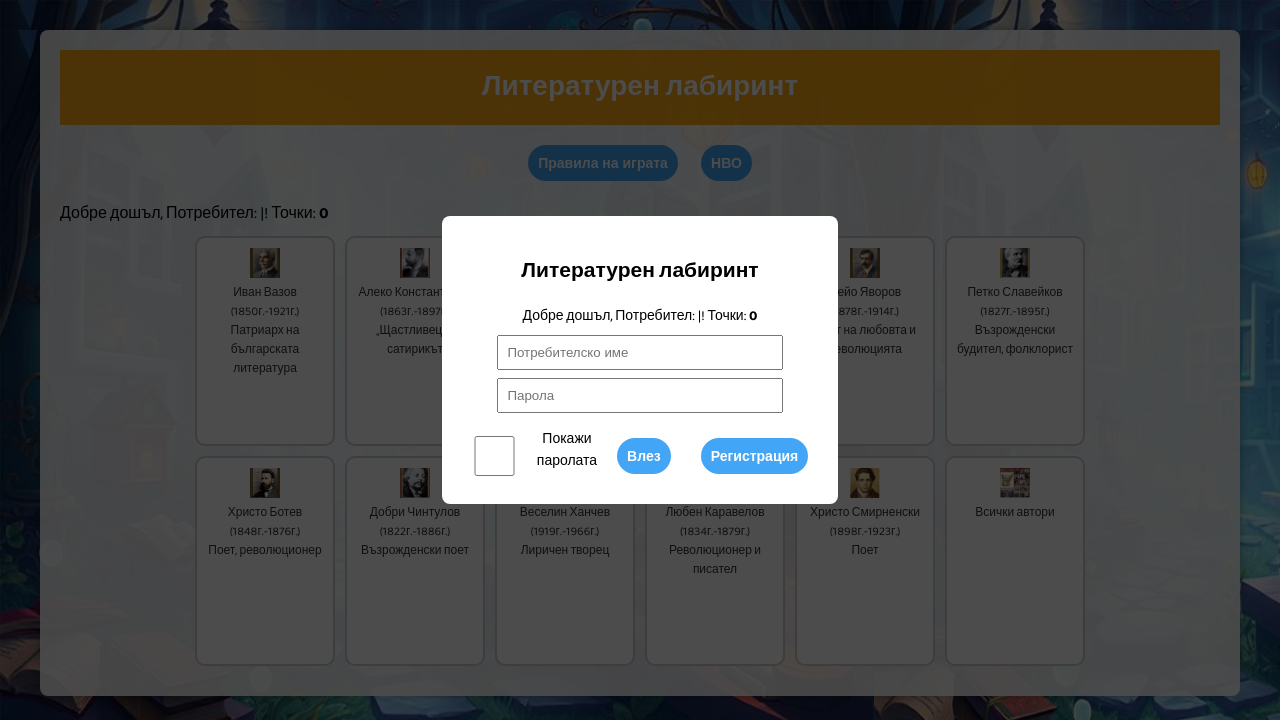
Repository: LY1177/litmaze
Page: public/index.html
An editor plug-in stored every save of this project. The page is shown before and after a run of saves, followed by the edit.
The browser window is 1280 px wide. The pictures show the window.
The page's requests for data from a server got no answer. A layer covers the whole window, so only the first screen is drawn. Backgrounds fixed to the window are drawn as part of the page.

Above is the page before, as saved 2025-05-01 22:54:43.

### public/index.html
<!DOCTYPE html>
<html lang="bg">
<head>
  <meta charset="UTF-8">
  <!-- Респонсив meta tag -->
  <meta name="viewport" content="width=device-width, initial-scale=1.0">
  <title>Литературен лабиринт – Escape Room</title>
  <!-- шрифт от Google Fonts -->
  <link href="https://fonts.googleapis.com/css2?family=Baloo+2:wght@400;700&display=swap" rel="stylesheet">
  <link rel="stylesheet" href="styles.css">
  <script src="script.js" defer></script>
</head>
<body>
  <!-- <div id="user-info" style="display:none; margin-bottom:1em;">
    Добре дошъл, <strong><span id="display-username"></span></strong>!
    Точки: <strong><span id="score">0</span></strong>
  </div> -->

  <!-- Главен контейнер, който ограничава ширината на проекта (не е full-screen) -->
  <div id="main-container">

    <!-- 1) Логин модал -->
    <div id="login-modal" class="modal visible">
      <div class="modal-content">
        <h2>Литературен лабиринт</h2>
        Добре дошъл, Потребител: <span id="display-username"></span> |<strong><span id="display-username"></span></strong>!
            Точки: <strong><span id="score">0</span></strong>
        <input type="text" id="username" placeholder="Потребителско име">
        <input type="password" id="password" placeholder="Парола">
        <div class="modal-buttons">
        <input type="checkbox" onclick="ShowLoginPassword()" class="passbox">Покажи паролата
        <button id="login-btn" class="btn">Влез</button>
        <button id="open-register-from-login" class="btn">Регистрация</button>
      </div>
      </div>
    </div>
    <!-- Регистрационен модал -->
    <div id="register-modal" class="modal hidden">
      <div class="modal-content">
        <h2>Регистрация</h2>
        <input type="text"    id="register-username" placeholder="Потребителско име">
        <input type="email"   id="register-email"    placeholder="Имейл">
        <input type="password" id="register-password" placeholder="Парола">
        <div class="modal-buttons">
          <input type="checkbox" onclick="ShowRegisterPassword()" class="passbox">Покажи паролата
          <button id="register-btn"        class="btn">Регистрация</button>
          <button id="close-register-btn"  class="btn">Затвори</button>
        </div>
      </div>
    </div>


    <!-- 2) Екран за лабиринта (скрит по начало) -->
    <div id="game-container" class="screen hidden">

      <header id="top-bar">
        <h1 id="labyrinth-title">Лабиринт</h1>
        <div id="user-info">

          Ниво: <span id="current-level">1</span> |

            Добре дошъл, Потребител: <span id="display-username"></span> |<strong><span id="display-username"></span></strong>!
            Точки: <strong><span id="score">0</span></strong>

        </div>
        <div id="button-row">
          <button id="back-to-authors" class="nav-btn">Назад към авторите</button>
          <button id="next-level" class="nav-btn hidden">Следващо ниво</button>
          <!-- Бутон за управление на фоновата музика -->
          <button id="music-toggle-btn" class="btn">Пауза музика</button>
        <label for="volume-control">Сила на звука:</label>
        <input type="range" id="volume-control" min="0" max="1" step="0.01" value="0.2">
      </div>
      </header>

      <!-- Контейнер за лабиринта -->
      <div id="maze-container-active">
        <div id="maze-active"></div>
        <!-- Героят (🙂), центриран в клетката -->
        <div id="hero"></div>
      </div>
    </div>

    <!-- 3) Екран за избор на автори (флип карти) -->
    <div id="author-selection" class="screen">
      <h2>Литературен лабиринт</h2>
      <div class="rules-btn-container">
  <button id="rules-btn" class="btn">Правила на играта</button>
  <button id="nvo-btn" class="btn">НВО</button>
 </div>
 Добре дошъл, Потребител: <span id="display-username"></span> |<strong><span id="display-username"></span></strong>!
 Точки: <strong><span id="score">0</span></strong>

      <!-- Мрежа с 12 карти -->
      <div class="card-container">
        <!-- Карта 1: Иван Вазов -->
        <div class="card" data-author="vazov">
          <div class="card-inner">
            <div class="card-front">
              <img src="images/vazov.jpg" alt="Иван Вазов">
                <p class="portrait-text">Иван Вазов</p>
                <p class="portrait-text">(1850г.-1921г.)</p>
                <p class="portrait-text">Патриарх на българската литература</p>

            </div>
            <div class="card-back">
              <p>Лабиринт – Иван Вазов</p>
              <button class="enter-btn btn">Вход</button>
            </div>
          </div>
        </div>

        <!-- Карта 2: Алеко Константинов -->
        <div class="card" data-author="aleko">
          <div class="card-inner">
            <div class="card-front">
              <img src="images/aleko.jpg" alt="Алеко Константинов">
              <p class="portrait-text">Алеко Константинов</p>
              <p class="portrait-text">(1863г.-1897г.)</p>
              <p class="portrait-text">„Щастливеца“, сатирикът</p>

            </div>
            <div class="card-back">
              <p>Лабиринт – Алеко Константинов</p>
              <button class="enter-btn btn">Вход</button>
            </div>
          </div>
        </div>

        <!-- Карта 3: Елин Пелин -->
        <div class="card" data-author="pelin">
          <div class="card-inner">
            <div class="card-front">
              <img src="images/pelin.jpg" alt="Елин Пелин">
              <p class="portrait-text">Елин Пелин</p>
              <p class="portrait-text">(1877г.-1949г.)</p>
              <p class="portrait-text">Майстор на късия разказ</p>
            </div>
            <div class="card-back">
              <p>Лабиринт – Елин Пелин</p>
              <button class="enter-btn btn">Вход</button>
            </div>
          </div>
        </div>

        <!-- Карта 4: Йордан Йовков -->
        <div class="card" data-author="yordan">
          <div class="card-inner">
            <div class="card-front">
              <img src="images/yordan.jpg" alt="Йордан Йовков">
              <p class="portrait-text">Йордан Йовков</p>
              <p class="portrait-text">(1880г.-1937г.)</p>
              <p class="portrait-text">Хуманистът,<br>„Певец на добротата“</p>
            </div>
            <div class="card-back">
              <p>Лабиринт – Йордан Йовков</p>
              <button class="enter-btn btn">Вход</button>
            </div>
          </div>
        </div>

        <!-- Карта 5: Пейо Яворов -->
        <div class="card" data-author="peyo">
          <div class="card-inner">
            <div class="card-front">
              <img src="images/peyo.jpg" alt="Пейо Яворов">
              <p class="portrait-text">Пейо Яворов</p>
              <p class="portrait-text">(1878г.-1914г.)</p>
              <p class="portrait-text">Поет на любовта и революцията</p>
            </div>
            <div class="card-back">
              <p>Лабиринт – Пейо Яворов</p>
              <button class="enter-btn btn">Вход</button>
            </div>
          </div>
        </div>

        <!-- Карта 6: Петко Славейков -->
        <div class="card" data-author="petko">
          <div class="card-inner">
            <div class="card-front">
              <img src="images/petko.jpg" alt="Петко Славейков">
              <p class="portrait-text">Петко Славейков</p>
              <p class="portrait-text">(1827г.-1895г.)</p>
              <p class="portrait-text">Възрожденски будител, фолклорист</p>
            </div>
            <div class="card-back">
              <p>Лабиринт – Петко Славейков</p>
              <button class="enter-btn btn">Вход</button>
            </div>
          </div>
        </div>

        <!-- Карта 7: Христо Ботев -->
        <div class="card" data-author="hristo">
          <div class="card-inner">
            <div class="card-front">
              <img src="images/hristo.jpg" alt="Христо Ботев">
              <p class="portrait-text">Христо Ботев</p>
              <p class="portrait-text">(1848г.-1876г.)</p>
              <p class="portrait-text">Поет, революционер </p>
            </div>
            <div class="card-back">
              <p>Лабиринт – Христо Ботев</p>
              <button class="enter-btn btn">Вход</button>
            </div>
          </div>
        </div>

        <!-- Карта 8: Добри Чинтулов -->
        <div class="card" data-author="dobri">
          <div class="card-inner">
            <div class="card-front">
              <img src="images/dobri.jpg" alt="Добри Чинтулов">
              <p class="portrait-text">Добри Чинтулов</p>
              <p class="portrait-text">(1822г.-1886г.)</p>
              <p class="portrait-text">Възрожденски поет</p>
            </div>
            <div class="card-back">
              <p>Лабиринт – Добри Чинтулов</p>
              <button class="enter-btn btn">Вход</button>
            </div>
          </div>
        </div>

        <!-- Карта 9: Веселин Ханчев -->
        <div class="card" data-author="veselin">
          <div class="card-inner">
            <div class="card-front">
              <img src="images/veselin.jpg" alt="Веселин Ханчев">
              <p class="portrait-text">Веселин Ханчев</p>
              <p class="portrait-text">(1919г.-1966г.)</p>
                <p class="portrait-text">Лиричен творец</p>

            </div>
            <div class="card-back">
              <p>Лабиринт – Веселин Ханчев</p>
              <button class="enter-btn btn">Вход</button>
            </div>
          </div>
        </div>

        <!-- Карта 10: Любен Каравелов -->
        <div class="card" data-author="lyuben">
          <div class="card-inner">
            <div class="card-front">
              <img src="images/lyuben.jpg" alt="Любен Каравелов">
              <p class="portrait-text">Любен Каравелов</p>
              <p class="portrait-text">(1834г.-1879г.)</p>
              <p class="portrait-text">Революционер и писател</p>
            </div>
            <div class="card-back">
              <p>Лабиринт – Любен Каравелов</p>
              <button class="enter-btn btn">Вход</button>
            </div>
          </div>
        </div>

        <!-- Карта 11: Христо Смирненски -->
        <div class="card" data-author="smirnenski">
          <div class="card-inner">
            <div class="card-front">
              <img src="images/smirnenski.jpg" alt="Христо Смирненски">
              <p class="portrait-text">Христо Смирненски</p>
              <p class="portrait-text">(1898г.-1923г.)</p>
              <p class="portrait-text">Поет</p>
            </div>
            <div class="card-back">
              <p>Лабиринт – Христо Смирненски, вход</p>
              <button class="enter-btn btn">Вход</button>
            </div>
          </div>
        </div>

        <!-- Карта 12: Обобщение -->
        <div class="card" data-author="obobshtenie">
          <div class="card-inner">
            <div class="card-front">
              <img src="images/obobshtenie.jpg" alt="Обобщение">
              <p class="portrait-text">Всички автори</p>
            </div>
            <div class="card-back">
              <p>Лабиринт – Обобщение, вход</p>
              <button class="enter-btn btn">Вход</button>
            </div>
          </div>
        </div>

      </div><!-- .card-container -->
    </div><!-- #author-selection -->

    <!-- Модален прозорец за правилата на играта -->
    <div id="rules-modal" class="modal hidden">
      <div class="modal-content wide-modal">
        <h2>Правила на играта</h2>
        <p>
          1. Щракнете върху картата на избрания от вас автор, картата ще се завърти<br>
          2. На гърба на картата е бутона за вход в лабиринта.<br>
          3. Целта е да се стигне до изхода на лабиринта.<br>
          4. На входа има подсказка за началната посока на движение.<br>
          5. За да се придвижвате напред трябва да давате верни отговори на въпросите.<br>
          6. След всеки верен отговор ще получавате посоката на движение<br>
          7. Ако не отговорите правилно, ще можете да опитате отново.<br>
          8. Ако се върнете назад, ще видите съобщение: "Връщаш се назад..."<br>
          9. Забавлявайте се!
        </p>
        <button id="close-rules" class="btn">Затвори</button>
      </div>
    </div>

    <!-- Модален прозорец за въпроси -->
    <div id="question-modal" class="modal hidden">
      <div class="modal-content question-modal-content">
        <h2 id="question-title">Въпрос</h2>
        <div id="question-text"></div>
        <div id="question-answers"></div>
        <div class="modal-buttons">
          <button id="close-question-btn" class="btn">Затвори</button>
        </div>
      </div>
    </div>
    <!-- Модален прозорец за избор на година за НВО -->
<div id="nvo-modal" class="modal hidden">
  <div class="modal-content">
    <h2>Изберете година за НВО</h2>
    <select id="nvo-year-select">
      <option value="">-- Изберете година --</option>
      <option value="nvo2022">НВО 2022</option>
      <option value="nvo2023">НВО 2023</option>
      <option value="nvo2024">НВО 2024</option>

    </select>
    <div class="modal-buttons">
      <button id="nvo-select-btn" class="btn">Вход</button>
      <button id="nvo-close-btn" class="btn">Затвори</button>
    </div>
  </div>
</div>
<!-- Модален прозорец за показване на текста (пасаж) -->
<div id="passage-modal" class="modal hidden">
  <div class="modal-content">
    <h2>Текст</h2>
    <div id="passage-container"></div>
    <div class="modal-buttons">
      <button id="close-passage-btn" class="btn">Затвори</button>
    </div>
  </div>
</div>

  </div><!-- #main-container -->

<div id="fun-fact-modal" class="modal hidden">
  <div class="modal-content">
    <h2>💡Любопитен факт</h2>
    <div id="fun-fact-content"></div>
    <button id="close-fun-fact-btn" class="btn">Затвори</button>
  </div>
</div>
<h3>Потребители онлайн:</h3>
<ul id="online-list"></ul>


</body>
</html>

Loaded but not shown: public/script.js (1483 lines, source omitted); public/styles.css (706 lines, source omitted)

After the next 2 saves:
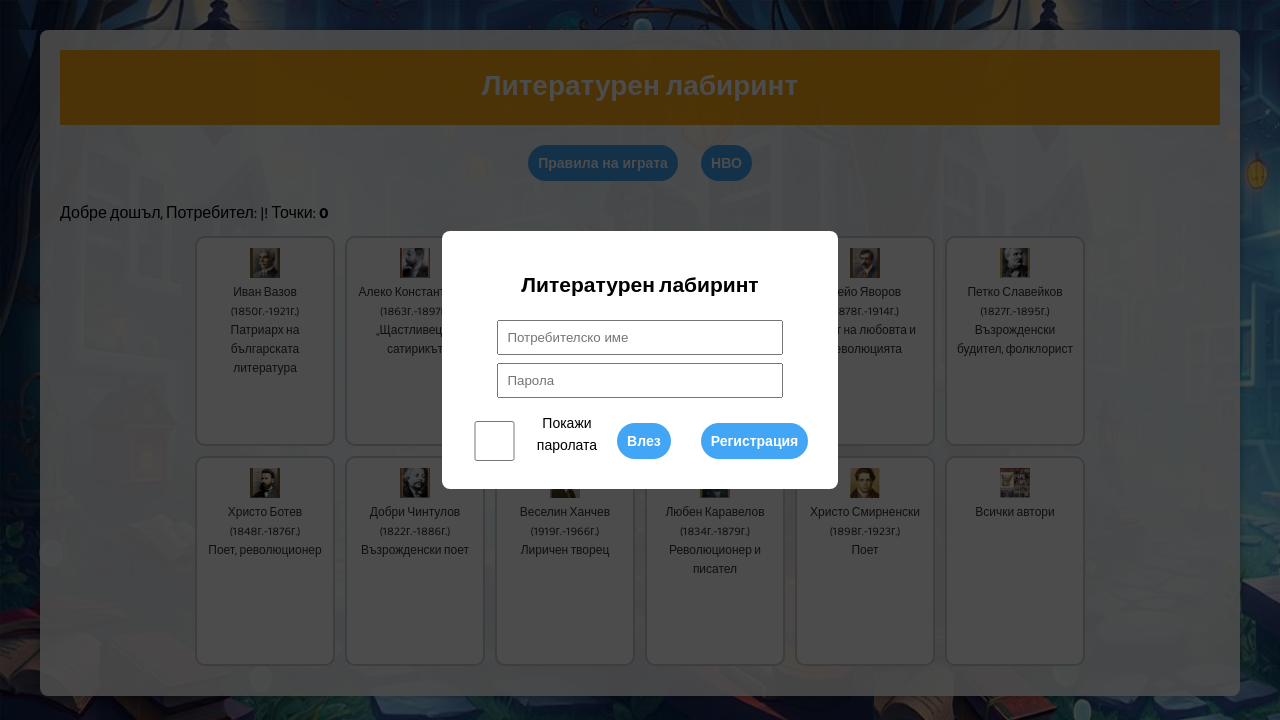
The 2 saves are shown as one change because they came seconds apart.
The last was saved 7 min 21 s later.
--- a/public/index.html
+++ b/public/index.html
@@ -23,8 +23,6 @@
     <div id="login-modal" class="modal visible">
       <div class="modal-content">
         <h2>Литературен лабиринт</h2>
-        Добре дошъл, Потребител: <span id="display-username"></span> |<strong><span id="display-username"></span></strong>!
-            Точки: <strong><span id="score">0</span></strong>
         <input type="text" id="username" placeholder="Потребителско име">
         <input type="password" id="password" placeholder="Парола">
         <div class="modal-buttons">
